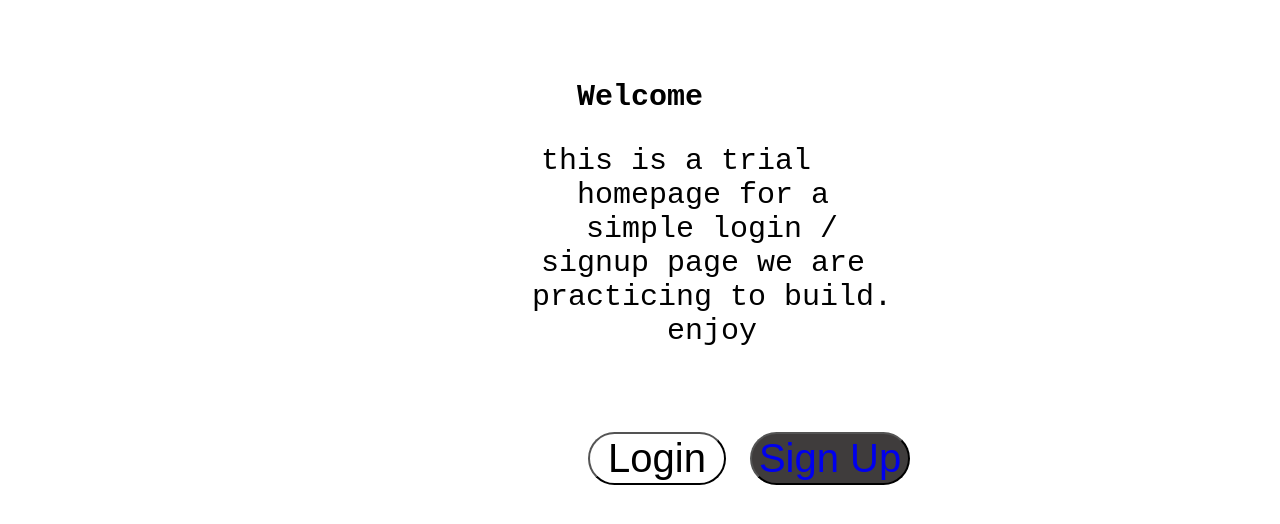
Repository: yhung004/TUTORIAL_PAGE
Page: home.html
These files come from the project's save history. The page is drawn as it stood at one moment and after the next save; the edit follows.
The browser window is 1280 px wide. The pictures show the whole page.

Above is the page before, as saved 2024-04-10 13:14:37.

### home.html
<!DOCTYPE html>
<html lang="en">
<head>
    <meta charset="UTF-8">
    <meta name="viewport" content="width=device-width, initial-scale=1.0">
    <title>Home</title>
    <link rel="stylesheet" href="main.css">
</head>
<body>
    <h3 class="welcome">    Welcome</h3>
    <pre class="welcome_text">    this is a trial
        homepage for a
        simple login /
        signup page we are
        practicing to build.
        enjoy
    </pre>
    <button class="button_a">
       Login
    </button>
    <button class="button_b" >
         <a href="sign_up.html">
        Sign Up
    </a>
    </button>
</body>
</html>

### main.css
a {
    text-decoration: none;
}
.welcome{
    text-align: center;
    font-family: 'Courier New', Courier, monospace;
    font-size: 30px;
    margin-top: 80px;
}
.welcome_text {
    margin-top: 20px;
    text-align:center;
    font-family: 'Courier New', Courier, monospace;
    font-size: 30px;
}
.button_a {
    position: relative;
    left: 580px;
    background-color:white;
    border-radius: 30px;
    font-size: 40px;
    padding: 2px 18px 2px 18px;
    margin-top: 20px;
}
.button_b {
    position: relative;
    right: -600px;
    border-radius: 40px;
    background-color: rgb(63, 60, 60);
    color:white;
    font-size: 40px;
    padding: 2px 7px 2px 7px;
    margin-top: 20px;
}
.button_a:hover {
    background-color:blue;
    color:white;
}
.button_b:hover {
    color:black;
    background-color:rgb(71, 68, 69);
}
.login {
    text-align:center;
    font-size: 50px;
    font-family: monospace;
    margin-top: 60px;
}
.username {
    position: relative;
    border-radius: 30px;
    left: 570px;
    width: 250px;
    height: 40px;
}
.password {
    position: relative;
    border-radius: 30px;
    left: 570px;
    width: 250px;
    height: 40px;
    margin-top: 40px;
}
.button_in {
    position: relative;
    left: 630px;
    margin-top: 60px;
    background-color:white;
    color: black;
    font-size: 30px;
    font-family: monospace;
    border-radius: 20px;
    padding: 2px 7px 2px 7px;

}
.button_in:hover {
    background-color:blue;
    color:white;
}
.sign_up {
    text-align:center;
    font-size: 50px;
    font-family: monospace;
    margin-top: 40px;
}
.fname {
    position: relative;
    border-radius: 30px;
    left: 570px;
    width: 250px;
    height: 40px;
    margin-top: 20px;
}
.uname {
    position: relative;
    border-radius: 30px;
    left: 570px;
    width: 250px;
    height: 40px;
    margin-top: 20px;
}
.pwd {
    position: relative;
    border-radius: 30px;
    left: 570px;
    width: 250px;
    height: 40px;
    margin-top: 20px;
}
.cpwd {
    position: relative;
    border-radius: 30px;
    left: 570px;
    width: 250px;
    height: 40px;
    margin-top: 20px;
}
.button_out {
    position: relative;
    left: 630px;
    margin-top: 60px;
    background-color:black;
    color: white;
    font-size: 30px;
    font-family: monospace;
    border-radius: 20px;
    padding: 2px 7px 2px 7px;
}
.button_out:hover {
    background-color:blue;
    color:white;
}

After the next save:
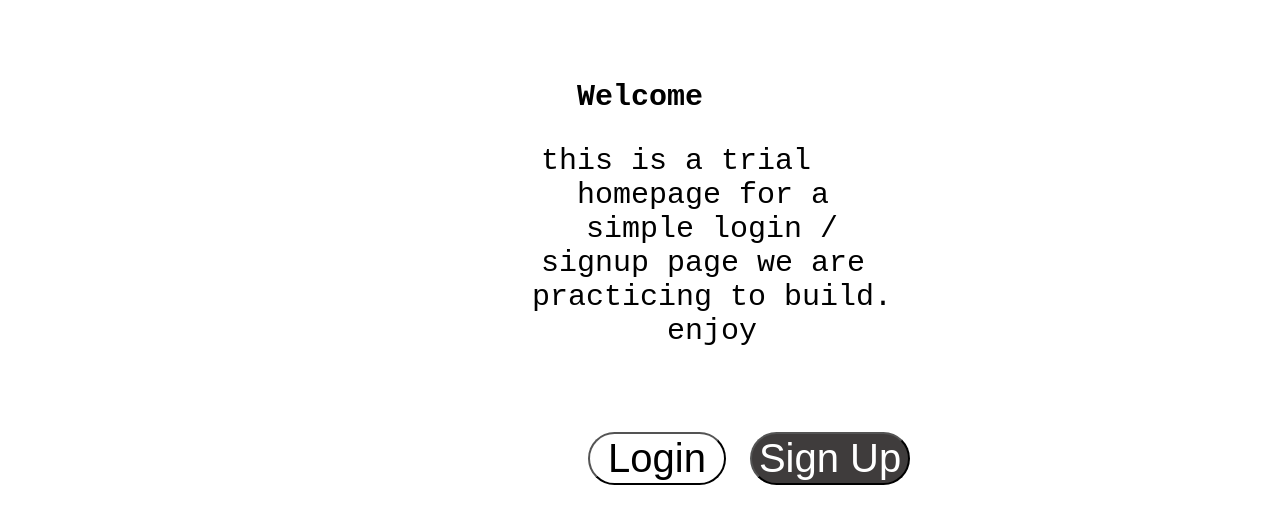
Saved 40 s later.
--- a/home.html
+++ b/home.html
@@ -19,9 +19,7 @@
        Login
     </button>
     <button class="button_b" >
-         <a href="sign_up.html">
         Sign Up
-    </a>
     </button>
 </body>
 </html>
